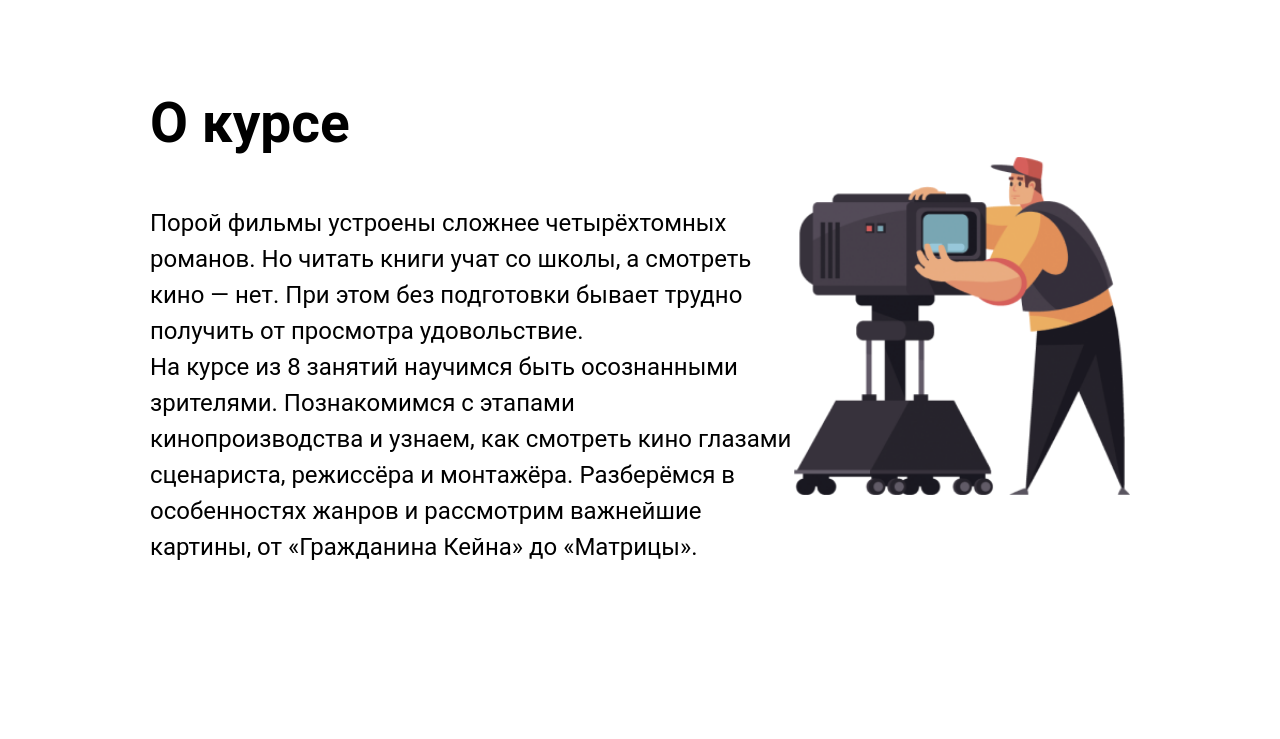
Repository: AytacSafarova/task-figma--1
Page: index.html
These files come from the project's save history. The page is drawn as it stood at one moment and after a run of saves; the edit follows.
The browser window is 1280 px wide. The pictures show the whole page.

Above is the page before, as saved 2023-04-29 20:08:04.

After the next 2 saves:
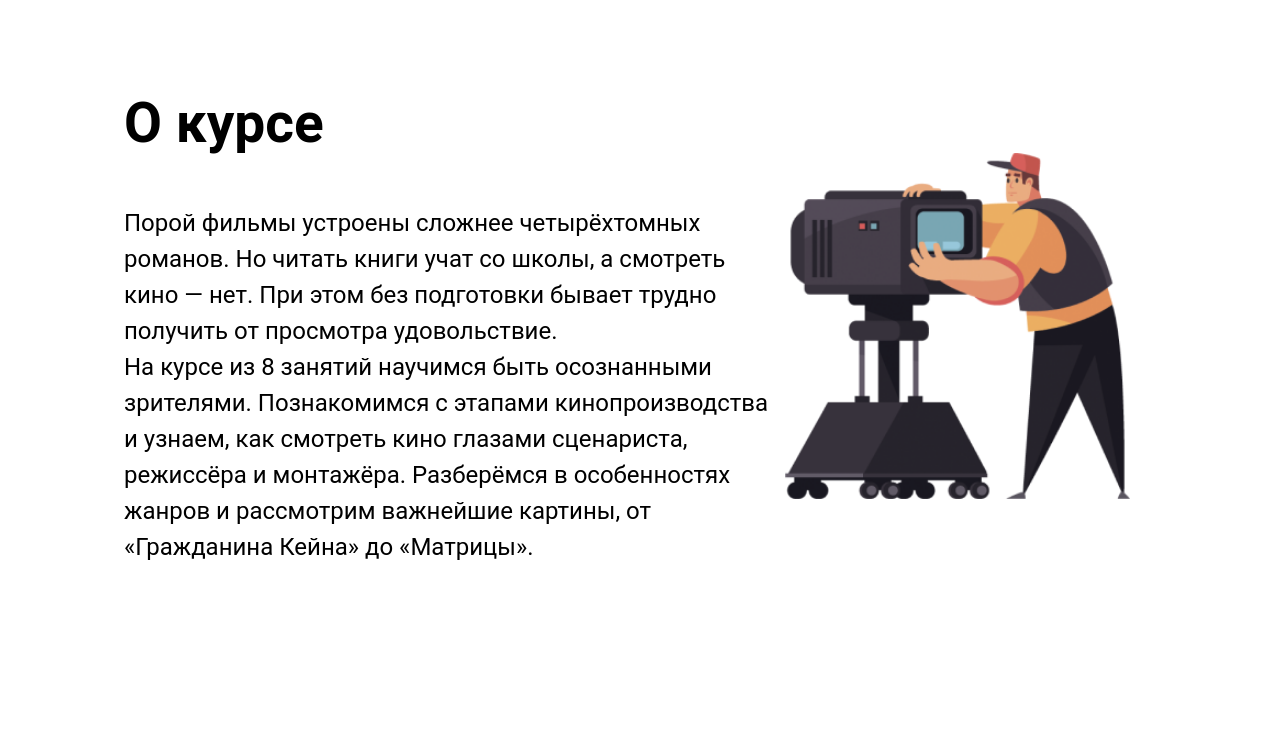
The 2 saves are shown as one change because they came seconds apart.
The last was saved 15 s later.
--- a/index.css
+++ b/index.css
@@ -4,7 +4,7 @@
 }
 
 .container{
-padding: 91px 150px 174px;
+padding: 91px 150px 173px 124px;
 }
 
 .row{
